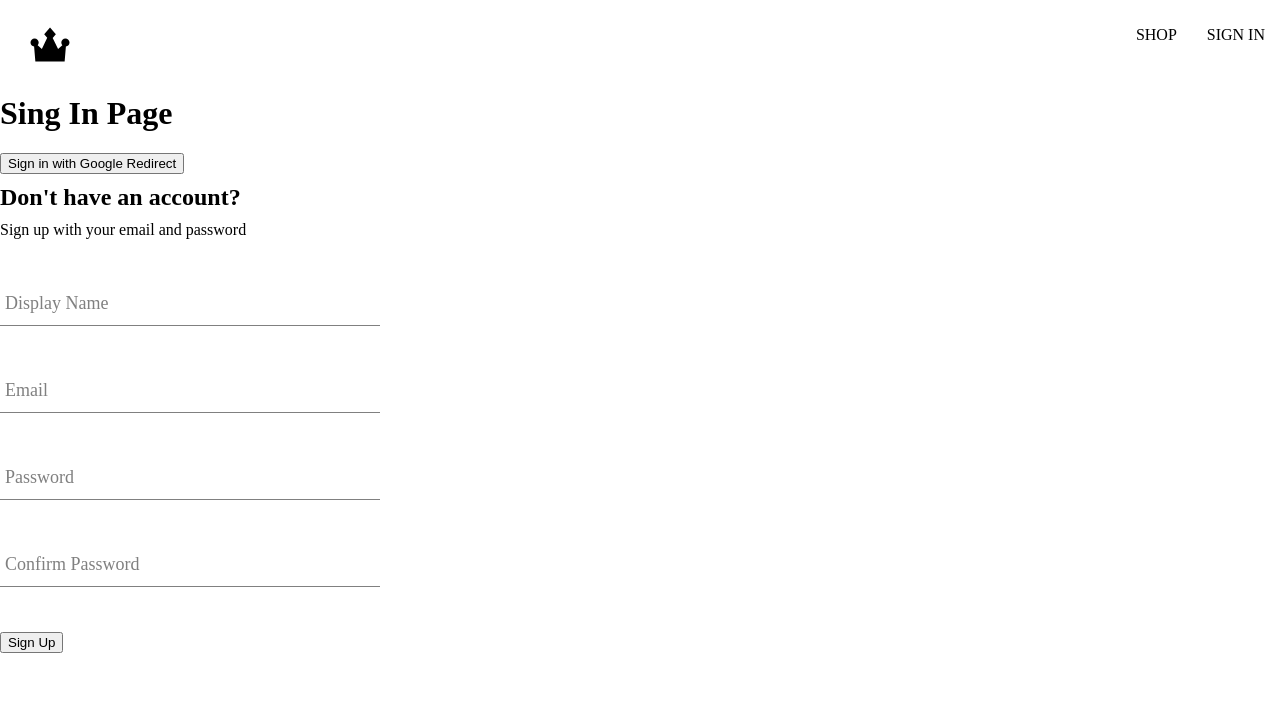
Repository: Chadi2000/crwn-clothing
Page: /signIn
These files come from the project's save history. The page is drawn as it stood at one moment and after the next save; the edit follows.
The browser window is 1280 px wide. The pictures show the whole page.
The project was rebuilt for these pictures with package versions that can differ from the ones it lists, and the page was loaded fresh each time. Also part of the build but not shown: src/categories.styles.scss, src/components/category-item/category-item.styles.scss, src/components/category-item/category-item.component.jsx, src/components/directory/directory.styles.scss, src/components/directory/directory.component.js, src/routes/home/home.component.jsx.

Above is the page before, as saved 2024-02-11 19:34:46.

After the next save:
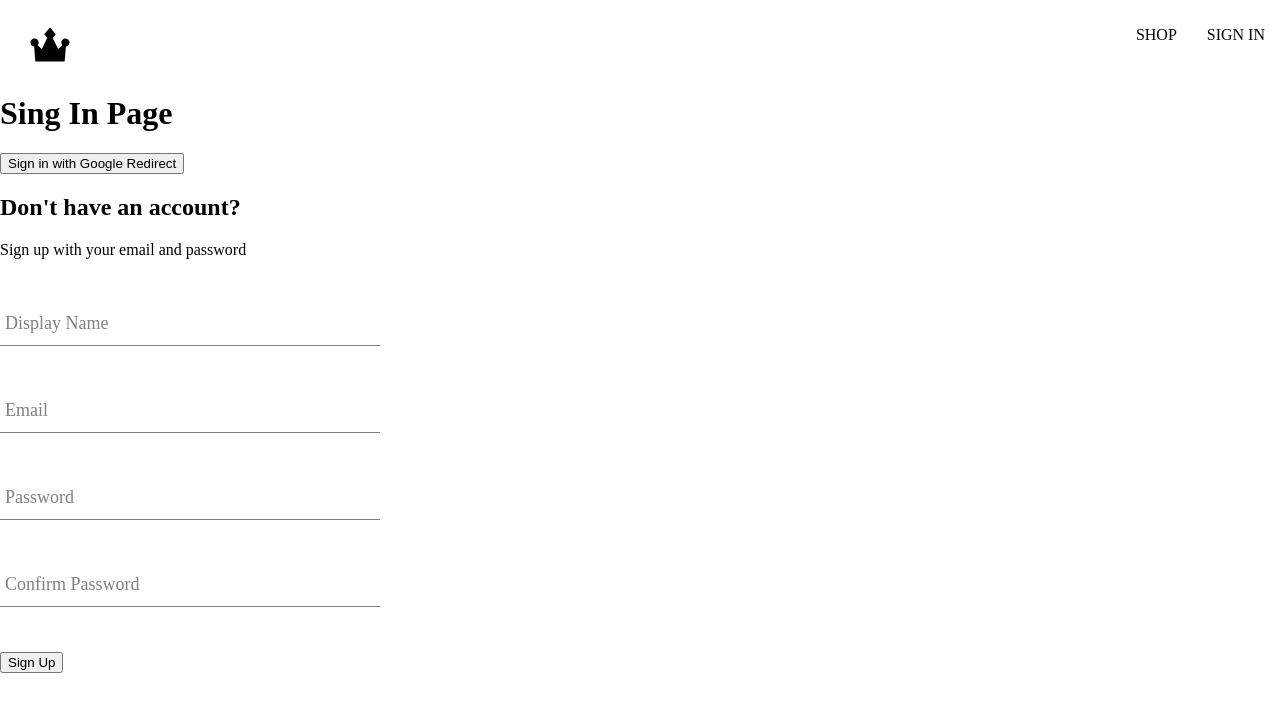
Saved 7 s later.
--- a/src/components/sign-up-form/sign-up-form.styles.scss
+++ b/src/components/sign-up-form/sign-up-form.styles.scss
@@ -4,6 +4,6 @@
     width: 380px;
 
     h2{
-        margin: 10px 0;
+       // margin: 10px 0;
     }
 }

After the save that followed:
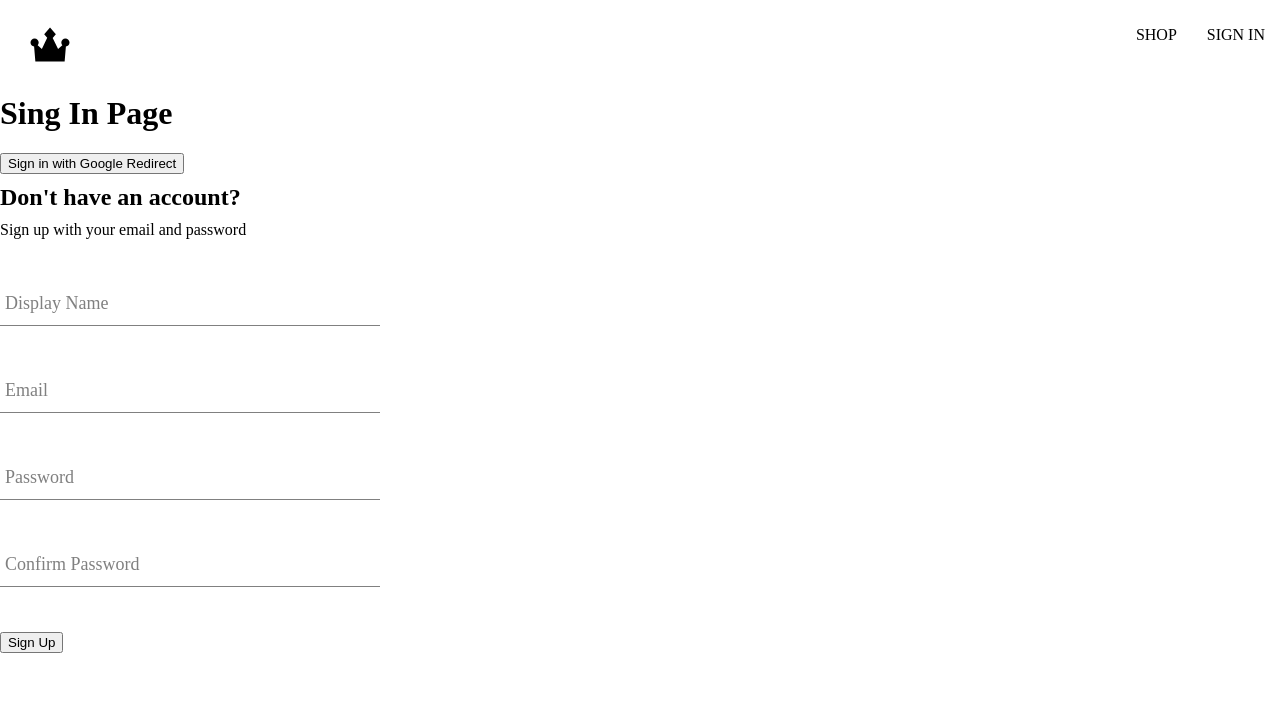
Saved 9 s later.
--- a/src/components/sign-up-form/sign-up-form.styles.scss
+++ b/src/components/sign-up-form/sign-up-form.styles.scss
@@ -4,6 +4,6 @@
     width: 380px;
 
     h2{
-       // margin: 10px 0;
+        margin: 10px 0;
     }
 }
